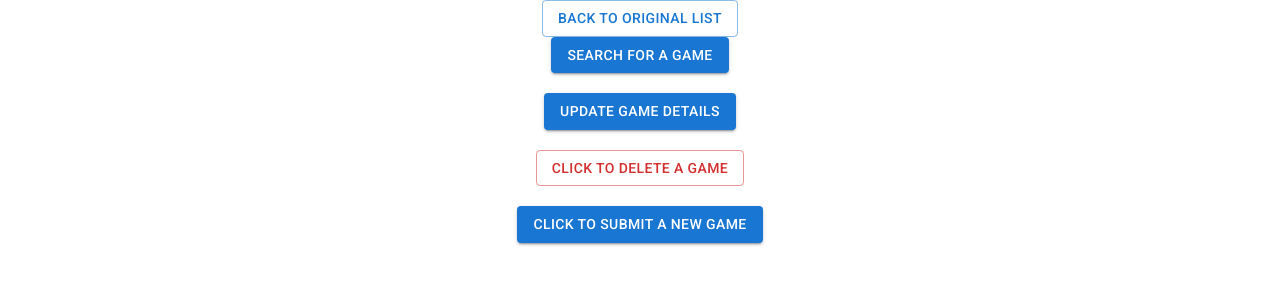
Repository: The-Software-Guild/assessment-2-react-nj10deadend
Page: / (app in Part-2/React-section/frontend/)
An editor plug-in stored every save of this project. The page is shown before and after the next save, followed by the edit.
The browser window is 1280 px wide. The pictures show the whole page.
The page's requests for data from a server got no answer. The project was rebuilt for these pictures with package versions that can differ from the ones it lists, and the page was loaded fresh each time. No one was signed in, and anything a server would have sent is missing. Also part of the build but not shown: Part-2/React-section/frontend/src/components/GameCards.js.

Above is the page before, as saved 2021-12-19 22:59:20.

After the next save:
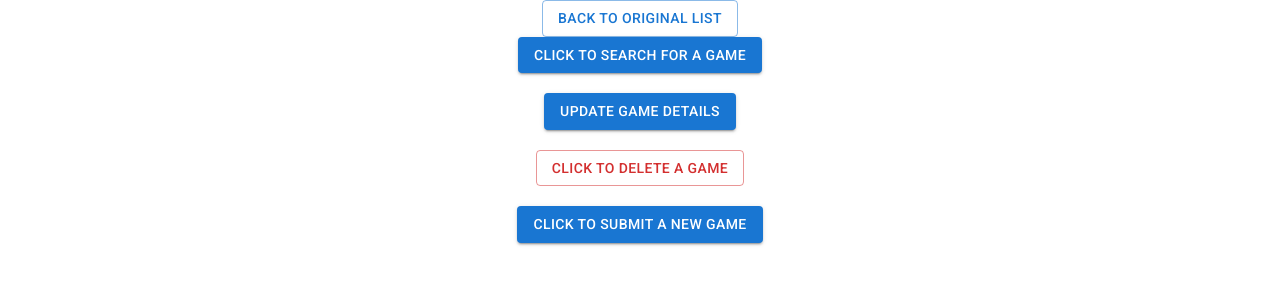
Saved 16 s later.
--- a/Part-2/React-section/frontend/src/components/GameSearch.js
+++ b/Part-2/React-section/frontend/src/components/GameSearch.js
@@ -8,7 +8,7 @@ function GameSearch ({setGameData}) {
     const [searchId, setSearchId] = useState("");
     const [clicked, setClicked] = useState(false);
 
-    const searchGameText = clicked ? "Hide Search Form" : "Search for a Game"
+    const searchGameText = clicked ? "Hide Search Form" : "Click to Search for a Game"
 
     function getFetchOneGame () {
         axios.get(`http://localhost:8080/allGames/${searchId}`)
